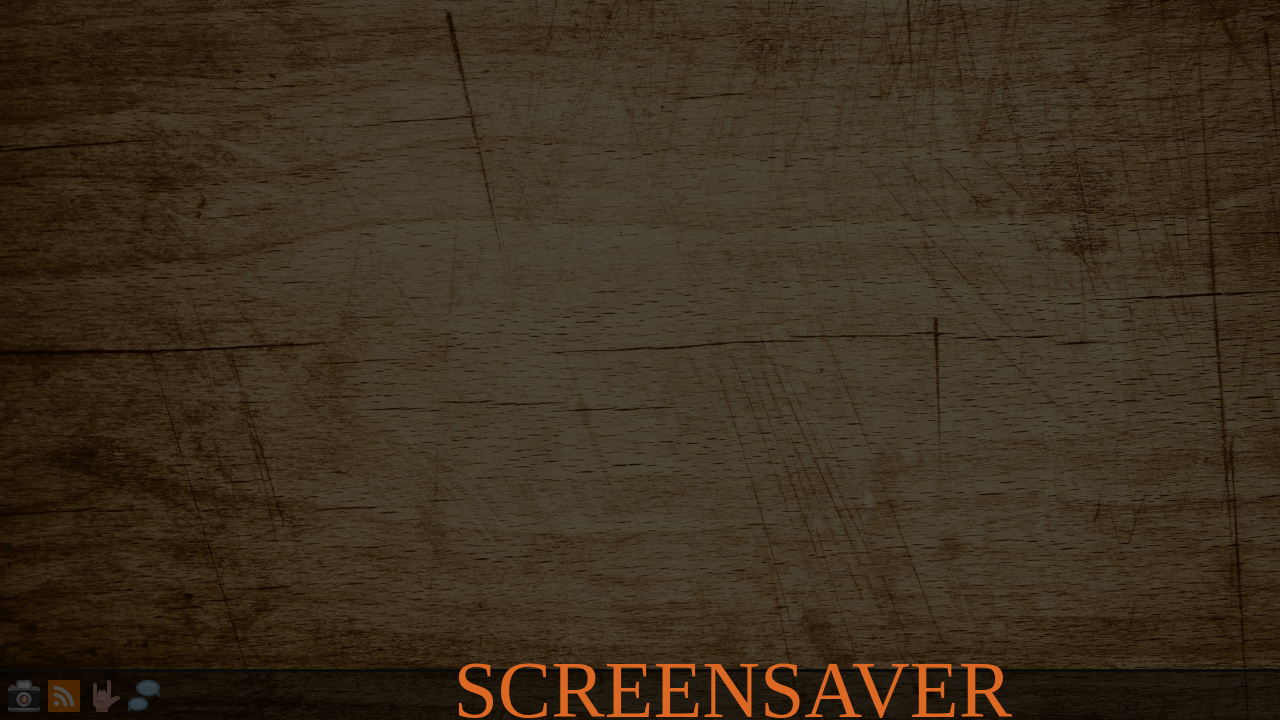
Repository: dv222bk/1dv403-laborationer
Page: 5-pwd/index.html
The author's editor kept a record of every edit. The page is drawn from the files as they stood at one moment, then again after the next edit.
The browser window is 1280 px wide. The pictures show the whole page.

Above is the page before.

### 5-pwd/index.html
<!DOCTYPE html>
<html>
    <head>
    	<meta charset="UTF-8" />
    	<title>Laboration 5 - PWD</title>
    	<link rel="stylesheet" type="text/css" href="DESKTOPAPP/css/desktopstyle.css" />
    	<link rel="stylesheet" type="text/css" href="DESKTOPAPP/apps/imageviewer/css/imageviewerstyle.css" />
    	<link rel="stylesheet" type="text/css" href="DESKTOPAPP/apps/rssreader/css/rssreaderstyle.css" />
    	<link rel="stylesheet" type="text/css" href="DESKTOPAPP/apps/memory/css/memorystyle.css" />
    </head>
    <body>
        <div id="desktop"></div>
        <script type="text/javascript" src="DESKTOPAPP/script/desktop.js"></script>
        <script type="text/javascript" src="DESKTOPAPP/script/desktopwindow.js"></script>
        <script type="text/javascript" src="DESKTOPAPP/apps/imageviewer/script/imageviewerapp.js"></script>
        <script type="text/javascript" src="DESKTOPAPP/apps/rssreader/script/rssreaderapp.js"></script>
        <script type="text/javascript" src="DESKTOPAPP/apps/memory/script/memoryapp.js"></script>
        <script type="text/javascript" src="DESKTOPAPP/apps/memory/script/random.js"></script>
        <script type="text/javascript" src="script/script.js"></script>
    </body>
</html>

### 5-pwd/DESKTOPAPP/css/desktopstyle.css
/*
* Reset all original styles
*/
/* http://meyerweb.com/eric/tools/css/reset/
   v2.0 | 20110126
   License: none (public domain)
*/

html, body, div, span, applet, object, iframe,
h1, h2, h3, h4, h5, h6, p, blockquote, pre,
a, abbr, acronym, address, big, cite, code,
del, dfn, em, img, ins, kbd, q, s, samp,
small, strike, strong, sub, sup, tt, var,
b, u, i, center,
dl, dt, dd, ol, ul, li,
fieldset, form, label, legend,
table, caption, tbody, tfoot, thead, tr, th, td,
article, aside, canvas, details, embed,
figure, figcaption, footer, Header, hgroup,
menu, nav, output, ruby, section, summary,
time, mark, audio, video, main {
	margin: 0;
	padding: 0;
	border: 0;
	font-size: 100%;
	font: inherit;
	vertical-align: baseline;
}
/* HTML5 display-role reset for older browsers */
article, aside, details, figcaption, figure,
footer, Header, hgroup, main, menu, nav, section {
	display: block;
}
body {
	line-height: 1;
}
ol, ul {
	list-style: none;
}
blockquote, q {
	quotes: none;
}
blockquote:before, blockquote:after,
q:before, q:after {
	content: '';
	content: none;
}
table {
	border-collapse: collapse;
	border-spacing: 0;
}

/*     START OF CSS CHANGES     */
.desktopApp {
    position: absolute;
    top: 0;
    bottom: 0;
    height: 100%;
    width: 100%;
    overflow: hidden;
    background: url(../pics/background.jpg) no-repeat center center fixed;
    -webkit-background-size: cover;
    -moz-background-size: cover;
    -o-background-size: cover;
    background-size: cover;
}
.desktopApp .overlay {
     visibility: hidden;
     position: absolute;
     left: 0px;
     top: 0px;
     width: 100%;
     height: 100%;
     background-color: #000000;
     background-color: rgba(0, 0, 0, 0.7);
}
.desktopApp .overlay .alertWindow {
    width: auto;
    padding: 3em;
    background-color: #e1dcc7;
    border: 0.3em solid #C7C2B0;
    border-radius: 1em;
    position: absolute;
    top: 50%;
    left: 50%;
    transform: translate(-50%, -50%);
}
.desktopApp .overlay .alertWindow p {
    float: left;
    display: inline-block;
}
.desktopApp .overlay .alertWindow input[type=radio] {
    float: left;
    clear: left;
    margin-bottom: 1em;
    display: block;
}
.desktopApp .overlay .alertWindow input[type=text] {
    float: left;
    margin-bottom: 1em;
    display: block;
}
.desktopApp .overlay .alertWindow button {
    margin-left: 1em;
    float: left;
}
.desktopApp .overlay .alertWindow select {
    float: left;
}
.desktopApp .overlay .screenSaver {
    position: absolute;
    font-size: 5em;
    color: #FFFFFF;
    top: 25%;
    left: 25%;
    -webkit-transition: 2s ease-in-out;
    -moz-transition: 2s ease-in-out;
    -o-transition: 2s ease-in-out;
    transition: 2s ease-in-out;
}
.desktopApp .desktopToolbar {
    position: absolute;
    bottom: 0;
    width: 100%;
    height: 2.5em;
    padding: 0.5em 0em 0em 0.5em;
    background-color: #000000;
    background-color: rgba(0, 0, 0, 0.5);
    border-top: 0.2em solid #222222;
}
.desktopApp .appIcon {
    height: 2em;
    width: 2em;
    margin-right: 0.5em;
    -webkit-transition: 0.1s ease;
    -moz-transition: 0.1s ease;
    -o-transition: 0.1s ease;
    transition: 0.1s ease;
}
.desktopApp .appIcon:hover {
    transform: scale(1.2);
}
.desktopApp .windowHolder {
    position: absolute;
    width: 30em;
    border-left: 0.2em solid black;
    border-right: 0.2em solid black;
    border-radius: 1em; /* If this is changed, don't forget to edit it in desktopWindow.js createWindow() */
    border-bottom-right-radius: 0;
    overflow: hidden;
    box-shadow: 2px 2px 5px #000000;
}
.desktopApp .windowHeader, .desktopApp .windowStatus {
    width: 100%;
    height: 2em;
    background-color: #111111;
    -webkit-touch-callout: none;
    -webkit-user-select: none;
    -khtml-user-select: none;
    -moz-user-select: none;
    -ms-user-select: none;
    user-select: none;
}
.desktopApp .windowHeader {
    height: 3em;
    position: relative;
    border-top-left-radius: 0.3em;
    border-top-right-radius: 0.3em;
    z-index: 1;
}
.desktopApp .windowHeader div {
    width: 100%;
    height: 1.8em;
    cursor: pointer;
}
.desktopApp .windowHeader div:active {
    cursor: move;
}
.desktopApp .windowHeader p, .desktopApp .windowHeader .contextMenu {
    font: bold 0.8em Arial, Helvetica, sans-serif;
    color: #FFFFFF;
    margin-top: 0.7em;
    float: left;
    cursor: default;
}
.desktopApp .windowHeader img {
    margin: 0.5em 1em 0 0.5em;
    height: 1em;
    width: 1em;
    float: left;
}
.desktopApp .windowHeader button {
    width: 4em;
    margin: 0.4em;
    font-weight: bolder;
    background-color: #772118;
    border: 0.1em solid #666666;
    border-radius: 0.2em;
    color: #FFFFFF;
    float: right;
    cursor: pointer;
}
.desktopApp .windowHeader button:hover {
    background-color: #E6473D;
}
.desktopApp .windowHeader .contextMenu {
    clear: both;
    position: relative;
    width: 100%;
    margin: 0 0.5em;
}
.desktopApp .windowHeader .contextMenu img {
    width: 2em;
    height: 2em;
    margin-top: 1em;
}
.desktopApp .windowHeader .contextMenu li {
    display: inline-block;
    padding: 0 1em;
    cursor: pointer;
}
.desktopApp .windowHeader .contextMenu ul {
    display: none;
    position: absolute;
    top: 1.3em;
    list-style: none;
    background-color: #000000;
}
.desktopApp .windowHeader .contextMenu li ul li {
    padding: 0;
    float: left;
    clear: both;
    width: 100%;
}
.desktopApp .windowHeader .contextMenu li ul li a {
    display: block;
    padding-right: 1em;
    line-height: 4em;
}
.desktopApp .windowHeader .contextMenu li:hover, .desktopApp .windowHeader .contextMenu li ul li:hover {
    background-color: #555555;
}
.desktopApp .windowBody {
    width: 100%;
    height: 21em;
    position: relative;
    max-height: 21em;
    background-color: #FFFFFF;
    overflow-y: auto;
    word-wrap: break-word;
}
.desktopApp .windowStatus {
    font: bold 0.7em Arial, Helvetica, sans-serif;
    border-bottom-left-radius: 0.3em; /* If this is changed, don't forget to edit it in desktopWindow.js createWindow() */
    color: #CCCCCC;
    width: 99%;
    padding: 0.5em 0 0 1%;
}
.desktopApp .windowStatus p {
    display: inline;
}
.desktopApp .windowStatus .windowResize {
    float: right;
    width: 1em;
    height: 1em;
    margin-top: 0.5em;
    padding: 0.5em 0 0 0.5em;
    background-image: url(../pics/menuIcons/resize.png);
    background-position: bottom right;
    background-repeat: no-repeat;
    cursor: se-resize;
}

### 5-pwd/DESKTOPAPP/apps/imageviewer/css/imageviewerstyle.css
/*
* Reset all original styles
*/
/* http://meyerweb.com/eric/tools/css/reset/
   v2.0 | 20110126
   License: none (public domain)
*/

html, body, div, span, applet, object, iframe,
h1, h2, h3, h4, h5, h6, p, blockquote, pre,
a, abbr, acronym, address, big, cite, code,
del, dfn, em, img, ins, kbd, q, s, samp,
small, strike, strong, sub, sup, tt, var,
b, u, i, center,
dl, dt, dd, ol, ul, li,
fieldset, form, label, legend,
table, caption, tbody, tfoot, thead, tr, th, td,
article, aside, canvas, details, embed,
figure, figcaption, footer, Header, hgroup,
menu, nav, output, ruby, section, summary,
time, mark, audio, video, main {
	margin: 0;
	padding: 0;
	border: 0;
	font-size: 100%;
	font: inherit;
	vertical-align: baseline;
}
/* HTML5 display-role reset for older browsers */
article, aside, details, figcaption, figure,
footer, Header, hgroup, main, menu, nav, section {
	display: block;
}
body {
	line-height: 1;
}
ol, ul {
	list-style: none;
}
blockquote, q {
	quotes: none;
}
blockquote:before, blockquote:after,
q:before, q:after {
	content: '';
	content: none;
}
table {
	border-collapse: collapse;
	border-spacing: 0;
}

/*     START OF CSS CHANGES     */
.imageViewerApp {
    min-width: 100%;
    min-height: 100%;
    background-color: #e1dcc7;
}
.imageViewerApp a {
    padding: 0.7em;
    margin: 0.5em;
    border-radius: 0.7em;
    background-color: #c7c2b0;
    border: 0.1em solid #bdb8a7;
    display: inline-block;
    transition: 0.1s ease;
}
.imageViewerApp a:hover {
    transform: scale(1.1);
}
.imageViewerApp img {
    display: block;
    margin-left: auto;
    margin-right: auto;
}

### 5-pwd/DESKTOPAPP/apps/rssreader/css/rssreaderstyle.css
/*
* Reset all original styles
*/
/* http://meyerweb.com/eric/tools/css/reset/
   v2.0 | 20110126
   License: none (public domain)
*/

html, body, div, span, applet, object, iframe,
h1, h2, h3, h4, h5, h6, p, blockquote, pre,
a, abbr, acronym, address, big, cite, code,
del, dfn, em, img, ins, kbd, q, s, samp,
small, strike, strong, sub, sup, tt, var,
b, u, i, center,
dl, dt, dd, ol, ul, li,
fieldset, form, label, legend,
table, caption, tbody, tfoot, thead, tr, th, td,
article, aside, canvas, details, embed,
figure, figcaption, footer, Header, hgroup,
menu, nav, output, ruby, section, summary,
time, mark, audio, video, main {
	margin: 0;
	padding: 0;
	border: 0;
	font-size: 100%;
	font: inherit;
	vertical-align: baseline;
}
/* HTML5 display-role reset for older browsers */
article, aside, details, figcaption, figure,
footer, Header, hgroup, main, menu, nav, section {
	display: block;
}
body {
	line-height: 1;
}
ol, ul {
	list-style: none;
}
blockquote, q {
	quotes: none;
}
blockquote:before, blockquote:after,
q:before, q:after {
	content: '';
	content: none;
}
table {
	border-collapse: collapse;
	border-spacing: 0;
}

/*     START OF CSS CHANGES     */
.RSSReaderApp {
    min-width: 100%;
    min-height: 100%;
    background-color: #e1dcc7;
}
.RSSReaderApp .RSSFeed {
    width: 100%;
}
.RSSReaderApp a:not(:first-child) {
    display: block;
}
.RSSReaderApp h2 {
    width: 96%;
    font-weight: bolder;
    font-size: 0.9em;
    padding: 2%;
    margin-top: 1em;
    background-color: #c7c2b0;
    display: inline-block;
}
.RSSReaderApp img {
    display: block;
    max-width: 100%;
    margin-left: auto;
    margin-right: auto;
}

### 5-pwd/DESKTOPAPP/apps/memory/css/memorystyle.css
/*
* Reset all original styles
*/
/* http://meyerweb.com/eric/tools/css/reset/
   v2.0 | 20110126
   License: none (public domain)
*/

html, body, div, span, applet, object, iframe,
h1, h2, h3, h4, h5, h6, p, blockquote, pre,
a, abbr, acronym, address, big, cite, code,
del, dfn, em, img, ins, kbd, q, s, samp,
small, strike, strong, sub, sup, tt, var,
b, u, i, center,
dl, dt, dd, ol, ul, li,
fieldset, form, label, legend,
table, caption, tbody, tfoot, thead, tr, th, td,
article, aside, canvas, details, embed,
figure, figcaption, footer, Header, hgroup,
menu, nav, output, ruby, section, summary,
time, mark, audio, video, main {
	margin: 0;
	padding: 0;
	border: 0;
	font-size: 100%;
	font: inherit;
	vertical-align: baseline;
}
/* HTML5 display-role reset for older browsers */
article, aside, details, figcaption, figure,
footer, Header, hgroup, main, menu, nav, section {
	display: block;
}
body {
	line-height: 1;
}
ol, ul {
	list-style: none;
}
blockquote, q {
	quotes: none;
}
blockquote:before, blockquote:after,
q:before, q:after {
	content: '';
	content: none;
}
table {
	border-collapse: collapse;
	border-spacing: 0;
}

/* CSS TRANSITIONS http://stackoverflow.com/questions/11679567/using-css-for-fade-in-effect-on-page-load*/

@keyframes fadeout {
    from { opacity: 1; }
    to   { opacity: 0; }
}

/* Firefox < 16 */
@-moz-keyframes fadeout {
    from { opacity: 1; }
    to   { opacity: 0; }
}

/* Safari, Chrome and Opera > 12.1 */
@-webkit-keyframes fadeout {
    from { opacity: 1; }
    to   { opacity: 0; }
}

/* Internet Explorer */
@-ms-keyframes fadeout {
    from { opacity: 1; }
    to   { opacity: 0; }
}

/* Opera < 12.1 */
@-o-keyframes fadeout {
    from { opacity: 1; }
    to   { opacity: 0; }
}

/*     START OF CSS CHANGES     */
.MemoryGame {
    background-color: #FFFFFF;
    display: block;
    width: 100%;
    height: 100%;
    overflow: hidden;
}
.MemoryGame div {
    float: left;
    display: inline;
    clear: both;
    width: auto;
}
.MemoryGame img {
    width: 3em;
    margin: 0.15em;
}
.MemoryGame p {
    float: left;
}
.MemoryGame .complete {
    -webkit-animation: fadeout 1s; /* Safari, Chrome and Opera > 12.1 */
    -moz-animation: fadeout 1s; /* Firefox < 16 */
    -ms-animation: fadeout 1s; /* Internet Explorer */
    -o-animation: fadeout 1s; /* Opera < 12.1 */
    animation: fadeout 1s;
    opacity: 0;
}

### 5-pwd/DESKTOPAPP/script/desktop.js
"use strict";

var DESKTOPAPP = DESKTOPAPP || {};

DESKTOPAPP.Desktop = function(elementID) {
    var openWindows, lastWindowX, lastWindowY, zIndex, idleTime, increaseIdleTimeInterval, screenSaverInterval;
    var that = this;

    /* root element */
    this.root = document.getElementById(elementID);

    /* app holder */
    this.apps =
    [
        {
            "name": "ImageViewer",
            "iconURL": "DESKTOPAPP/pics/appIcons/imageViewer.png",
            "appURL": DESKTOPAPP.apps.ImageViewer
        },
        {
            "name": "RSSReader",
            "iconURL": "DESKTOPAPP/pics/appIcons/RSSReader.png",
            "appURL": DESKTOPAPP.apps.RSSReader
        },
        {
            "name": "Memory",
            "iconURL": "DESKTOPAPP/pics/appIcons/memory.png",
            "appURL": DESKTOPAPP.apps.Memory
        },
        {
            "name": "LabbyMezzage",
            "iconURL": "DESKTOPAPP/pics/appIcons/labbymezzage.png",
            "appURL": DESKTOPAPP.apps.LabbyMezzage
        }
    ];

    openWindows = [];
    lastWindowX = 20;
    lastWindowY = 20;
    zIndex = 1;
    idleTime = 0;
    increaseIdleTimeInterval = setInterval(increaseIdleTime, 100);
    console.log(increaseIdleTimeInterval);

    document.onmousemove = function() {
        that.stopScreenSaver();
    };

    document.onkeypress = function() {
        that.stopScreenSaver();
    };

    function increaseIdleTime() {
        idleTime += 1;
        if(idleTime === 6) {
            that.startScreenSaver();
        }
    }

    this.resetIdleTime = function() {
        idleTime = 0;
    };

    this.getIdleTime = function() {
        return idleTime;
    };

    this.clearScreenSaverInterval = function() {
        screenSaverInterval = null;
    };

    this.setScreenSaverInterval = function(interval) {
        screenSaverInterval = interval;
    };

    this.getWindows = function() {
        return openWindows;
    };
    this.addWindow = function(windowBody) {
        openWindows.push(windowBody);
        windowBody.style.zIndex = zIndex;
        this.root.querySelector(".desktopToolbar").style.zIndex = zIndex + 1;
        this.increaseZIndex();
    };
    this.setLastWindowX = function(xCord) {
        lastWindowX = xCord;
    };
    this.getLastWindowX = function() {
        return lastWindowX;
    };
    this.setLastWindowY = function(yCord) {
        lastWindowY = yCord;
    };
    this.getLastWindowY = function() {
        return lastWindowY;
    };
    this.getZIndex = function() {
        return zIndex;
    };
    this.increaseZIndex = function() {
        zIndex += 1;
    };

    this.overlay;

    /* Close window menu when clicking somewhere other than the menu */
    document.onmousedown = function(e) {
        var menu, i, k;
        for(i = 0; i < openWindows.length; i += 1) {
            menu = openWindows[i].querySelectorAll(".contextMenu ul ");
            for (k = 0; k < menu.length; k++) {
                if(menu[k].style.display !== "none" && menu[k] !== e.target && menu[k].parentNode !== e.target) {
                    menu[k].style.display = "none";
                }
            }
        }
    };

    this.createApp();
};

DESKTOPAPP.Desktop.prototype.createApp = function() {
    var appbody, toolbar, appLink, app, i;
    var that = this;

    /* AppBody */
    appbody = document.createElement("section");
    appbody.className = "desktopApp";
    this.root.appendChild(appbody);

    /* overlay */
    this.overlay = document.createElement("div");
    this.overlay.className = "overlay";
    this.overlay.onmousedown = function(e) {
        if(e.target === this) {
            e.preventDefault();
            that.toggleOverlay();
            return false;
        }
    };
    appbody.appendChild(this.overlay);

    /* Toolbar */
    toolbar = document.createElement("div");
    toolbar.className = "desktopToolbar";
    appbody.appendChild(toolbar);

    /* Apps */
    for(i = 0; i < this.apps.length; i += 1) {
        appLink = document.createElement("a");
        appLink.app = i;
        appLink.onclick = function(e) {
            e.preventDefault();
            new that.apps[this.app].appURL(this.app, that);
            return false;
        };
        app = document.createElement("img");
        app.alt = "Klicka för att starta " + this.apps[i].name + " appen";
        app.title = this.apps[i].name;
        app.src = this.apps[i].iconURL;
        app.className = "appIcon";
        appLink.appendChild(app);
        toolbar.appendChild(appLink);
    }
};

/* http://www.kirupa.com/html5/get_element_position_using_javascript.htm */
DESKTOPAPP.Desktop.prototype.getWindowCords = function(windowHolder) {
    var xPosition, yPosition, maxX, maxY;

    yPosition = 0;
    xPosition = 0;

    if(windowHolder !== undefined) {
        maxX = window.innerWidth - windowHolder.offsetWidth - 40;
        maxY = window.innerHeight - windowHolder.offsetHeight - this.root.querySelector(".desktopToolbar").offsetHeight;
    }

    while(windowHolder) {
        xPosition += (windowHolder.offsetLeft - windowHolder.scrollLeft + windowHolder.clientLeft);
        yPosition += (windowHolder.offsetTop - windowHolder.scrollTop + windowHolder.clientTop);
        windowHolder = windowHolder.offsetParent;
    }

    if(xPosition >= maxX) {
        xPosition = 0;
    }
    if(yPosition >= maxY) {
        yPosition = 0;
    }

    return { x: xPosition, y: yPosition };
};

DESKTOPAPP.Desktop.prototype.updateLastWindowCords = function() {
    var cords;
    cords = this.getWindowCords(this.getWindows()[this.getWindows().length - 1]);
    this.setLastWindowX(cords.x);
    this.setLastWindowY(cords.y);
};

DESKTOPAPP.Desktop.prototype.removeWindow = function(windowBody) {
    var index = this.getWindows().indexOf(windowBody);
    if (index > -1) {
        this.getWindows().splice(index, 1);
    }
};

DESKTOPAPP.Desktop.prototype.makeWindowLast = function(windowBody) {
    if(this.getWindows().indexOf(windowBody) !== (this.getWindows().length - 1)) {
        this.removeWindow(windowBody);
        this.addWindow(windowBody);
    }
};

DESKTOPAPP.Desktop.prototype.toggleOverlay = function() {
    if(this.overlay.style.visibility === "visible") {
        this.overlay.style.visibility = "hidden";
        this.overlay.innerHTML = "";
    } else {
        this.overlay.style.visibility = "visible";
    }
    this.overlay.style.zIndex = this.getZIndex() + 1;
};

DESKTOPAPP.Desktop.prototype.startScreenSaver = function() {
    var text;
    text = document.createElement("p");
    text.className = "screenSaver";
    text.innerHTML = "SCREENSAVER";
    this.setScreenSaverInterval(setInterval(moveText, 2000));
    this.overlay.appendChild(text);
    this.toggleOverlay();

    function moveText() {
        var randomNumber = Math.floor((Math.random() * 100));
        text.style.top = randomNumber + "%";
        randomNumber = Math.floor((Math.random() * 60));
        text.style.left = randomNumber + "%";

        randomNumber = Math.floor((Math.random() * 9) + 1);
        switch(randomNumber) {
            case 1:
                text.style.color = "#FF8300";
                break;
            case 2:
                text.style.color = "#48A5F8";
                break;
            case 3:
                text.style.color = "#EF5F20";
                break;
            case 4:
                text.style.color = "#C397D8";
                break;
            case 5:
                text.style.color = "#62A83F";
                break;
            case 6:
                text.style.color = "#FFDE3D";
                break;
            case 7:
                text.style.color = "#E9D7D2";
                break;
            case 8:
                text.style.color = "#FFFFFF";
                break;
            case 9:
                text.style.color = "#ACACAC";
                break;
        }
    }
};

DESKTOPAPP.Desktop.prototype.stopScreenSaver = function() {
    if(this.getIdleTime() >= 6) {
        this.clearScreenSaverInterval();
        this.overlay.removeChild(this.overlay.querySelector("p"));
        this.toggleOverlay();
    }
    this.resetIdleTime();
};

### 5-pwd/script/script.js
"use strict";

window.onload = function() {
    new DESKTOPAPP.Desktop("desktop");
};

Loaded but not shown: 5-pwd/DESKTOPAPP/script/desktopwindow.js (327 lines, source omitted); 5-pwd/DESKTOPAPP/apps/memory/script/memoryapp.js (305 lines, source omitted); 5-pwd/DESKTOPAPP/apps/rssreader/script/rssreaderapp.js (275 lines, source omitted); 5-pwd/DESKTOPAPP/apps/imageviewer/script/imageviewerapp.js (106 lines, source omitted); 5-pwd/DESKTOPAPP/apps/memory/script/random.js (no copy from this time; the picture is the same without it)

After the next edit:
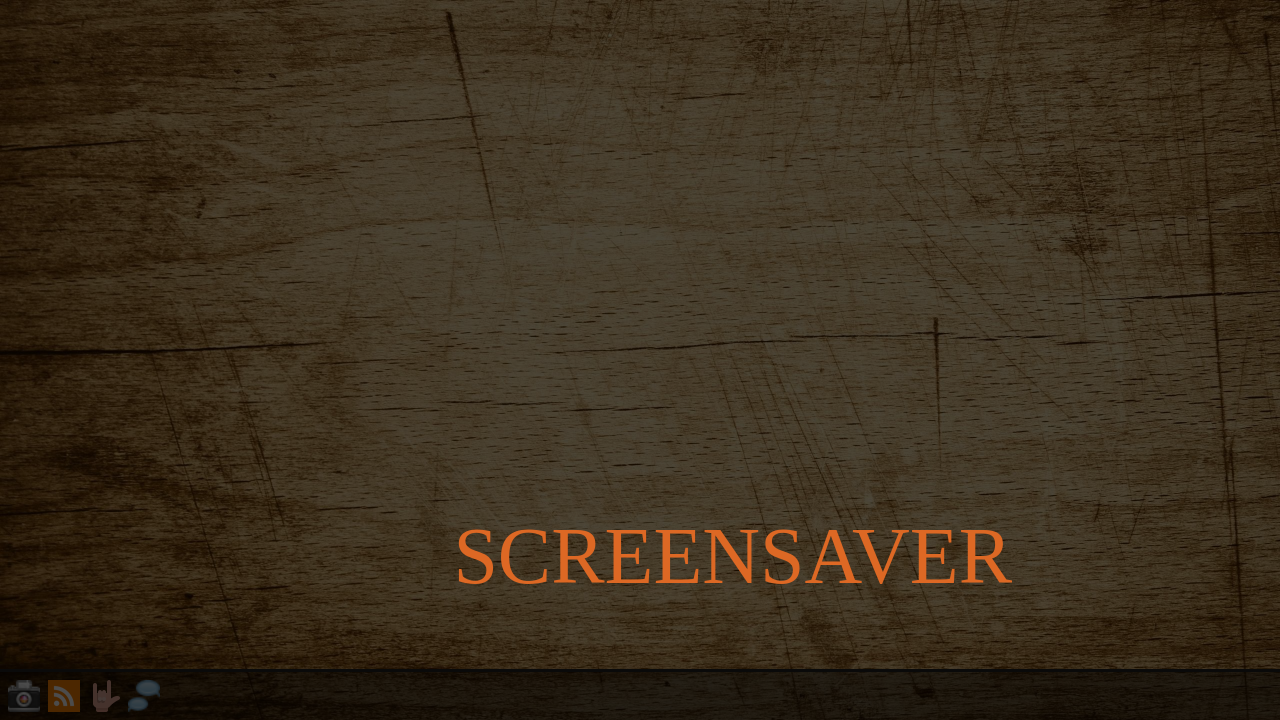
The edit:
--- a/5-pwd/DESKTOPAPP/script/desktop.js
+++ b/5-pwd/DESKTOPAPP/script/desktop.js
@@ -233,7 +233,7 @@
     this.toggleOverlay();
 
     function moveText() {
-        var randomNumber = Math.floor((Math.random() * 100));
+        var randomNumber = Math.floor((Math.random() * 80));
         text.style.top = randomNumber + "%";
         randomNumber = Math.floor((Math.random() * 60));
         text.style.left = randomNumber + "%";
